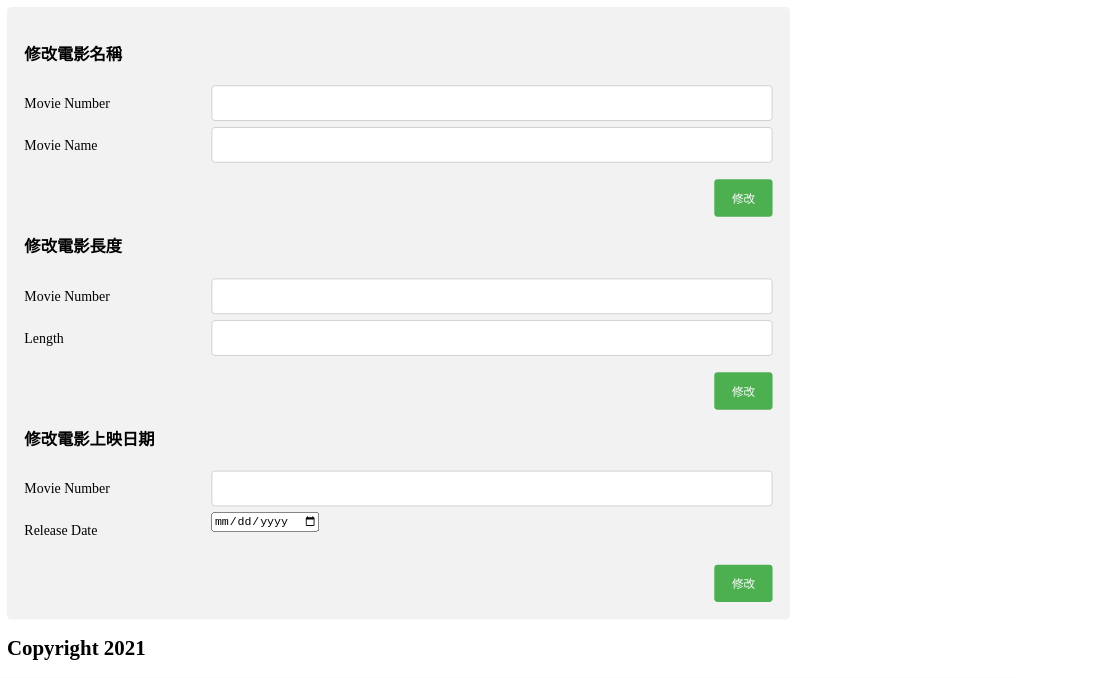
Repository: PEICHI26/Cinema
Page: http://localhost/Cinema/Update.jsp
An editor plug-in stored every save of this project. The page is shown before and after the next save, followed by the edit.
The browser window is 1280 px wide. The pictures show the whole page, at 87% of full size.
The page is served by Tomcat 9. Nobody is signed in. The application's start-up code is not run. Other server files are loaded and not shown.

Above is the page before, as saved 2021-12-18 08:11:38.

### Cinema/src/main/webapp/Update.jsp
<%@ page language="java" contentType="text/html; charset=UTF-8"
	pageEncoding="UTF-8"%>
<!DOCTYPE html>
<html>
<head>
<meta charset="UTF-8">
<title>Update Movie</title>
<style>
* {
	box-sizing: border-box;
}

input[type=text], select, textarea {
	width: 100%;
	padding: 12px;
	border: 1px solid #ccc;
	border-radius: 4px;
	resize: vertical;
}

label {
	padding: 12px 12px 12px 0;
	display: inline-block;
}

input[type=submit] {
	background-color: #4CAF50;
	color: white;
	padding: 12px 20px;
	border: none;
	border-radius: 4px;
	cursor: pointer;
	float: right;
}

input[type=submit]:hover {
	background-color: #45a049;
}

.container {
	border-radius: 5px;
	background-color: #f2f2f2;
	padding: 20px;
	width: 900px;
}

.col-25 {
	float: left;
	width: 25%;
	margin-top: 6px;
}

.col-75 {
	float: left;
	width: 75%;
	margin-top: 6px;
}

/* Clear floats after the columns */
.row:after {
	content: "";
	display: table;
	clear: both;
}

/* Responsive layout - when the screen is less than 600px wide, make the two columns stack on top of each other instead of next to each other */
@media screen and (max-width: 600px) {
	.col-25, .col-75, input[type=submit] {
		width: 100%;
		margin-top: 0;
	}
}
</style>
</head>
<body>
	<div class="container">
		<h3>修改電影名稱</h3>
		<form action="MovieServlet" method="post">
			<div class="row">
				<div class="col-25">
					<label for="movieno">Movie Number</label>
				</div>
				<div class="col-75">
					<input type="text" id="movieno" name="movieno" placeholder="">
				</div>
			</div>
			<div class="row">
				<div class="col-25">
					<label for="moviename">Movie Name</label>
				</div>
				<div class="col-75">
					<input type="text" id="moviename" name="moviename" placeholder="">
				</div>
			</div>

			<br>
			<div class="row">
				<input type="submit" name="UPDATENAME" value="修改">
			</div>
		</form>

		<h3>修改電影長度</h3>
		<form action="MovieServlet" method="post">
			<div class="row">
				<div class="col-25">
					<label for="movieno">Movie Number</label>
				</div>
				<div class="col-75">
					<input type="text" id="movieno" name="movieno" placeholder="">
				</div>
			</div>
			<div class="row">
				<div class="col-25">
					<label for="movielength">Length</label>
				</div>
				<div class="col-75">
					<input type="text" id="movielength" name="movielength"
						placeholder="">
				</div>
			</div>

			<br>
			<div class="row">
				<input type="submit" name="UPDATELENGTH" value="修改">
			</div>
		</form>
		<h3>修改電影上映日期</h3>
		<form action="MovieServlet" method="post">
			<div class="row">
				<div class="col-25">
					<label for="movieno">Movie Number</label>
				</div>
				<div class="col-75">
					<input type="text" id="movieno" name="movieno" placeholder="">
				</div>
			</div>
			<div class="row">
				<div class="col-25">
					<label for="moviename">Release Date</label>
				</div>
				<div class="col-75">
					<input type="date" id="rdate" name="rdate">
				</div>
			</div>

			<br>
			<div class="row">
				<input type="submit" name="UPDATEDATE" value="修改">
			</div>
		</form>
	</div>
	<%@ include file="copyright.jspf"%>
</body>
</html>

### Cinema/src/main/webapp/copyright.jspf
<h2> Copyright   2021 </h2>

After the next save:
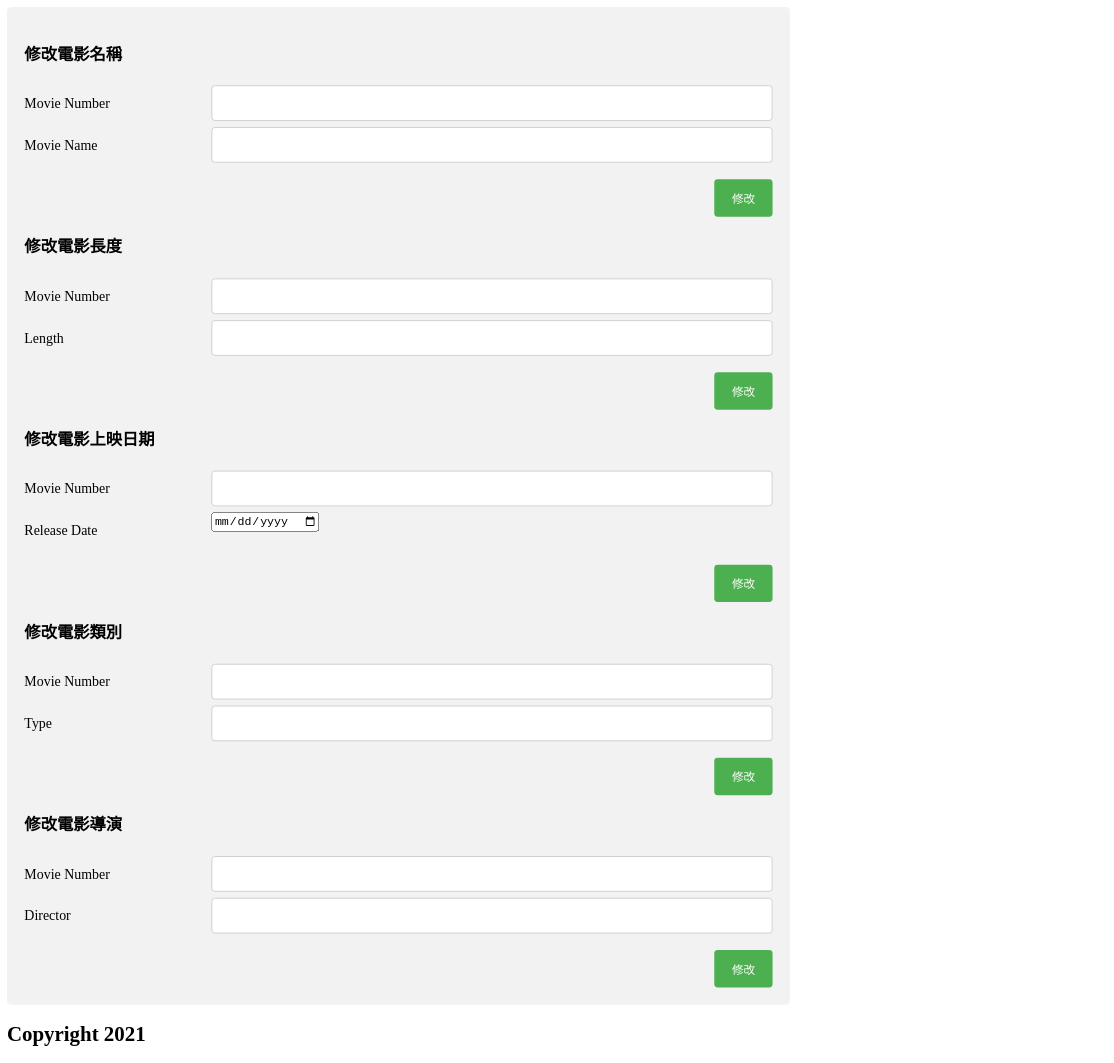
Saved 6 min 10 s later.
--- a/Cinema/src/main/webapp/Update.jsp
+++ b/Cinema/src/main/webapp/Update.jsp
@@ -148,6 +148,53 @@ input[type=submit]:hover {
 				<input type="submit" name="UPDATEDATE" value="修改">
 			</div>
 		</form>
+		<h3>修改電影類別</h3>
+		<form action="MovieServlet" method="post">
+			<div class="row">
+				<div class="col-25">
+					<label for="movieno">Movie Number</label>
+				</div>
+				<div class="col-75">
+					<input type="text" id="movieno" name="movieno" placeholder="">
+				</div>
+			</div>
+			<div class="row">
+				<div class="col-25">
+					<label for="type">Type</label>
+				</div>
+				<div class="col-75">
+					<input type="text" id="type" name="type" placeholder="">
+				</div>
+			</div>
+
+			<br>
+			<div class="row">
+				<input type="submit" name="UPDATELENGTH" value="修改">
+			</div>
+		</form>
+		<h3>修改電影導演</h3>
+		<form action="MovieServlet" method="post">
+			<div class="row">
+				<div class="col-25">
+					<label for="movieno">Movie Number</label>
+				</div>
+				<div class="col-75">
+					<input type="text" id="movieno" name="movieno" placeholder="">
+				</div>
+			</div>
+			<div class="row">
+				<div class="col-25">
+					<label for="director">Director</label>
+				</div>
+				<div class="col-75">
+					<input type="text" id="director" name="director" placeholder="">
+				</div>
+			</div>
+			<br>
+			<div class="row">
+				<input type="submit" name="UPDATELENGTH" value="修改">
+			</div>
+		</form>
 	</div>
 	<%@ include file="copyright.jspf"%>
 </body>
